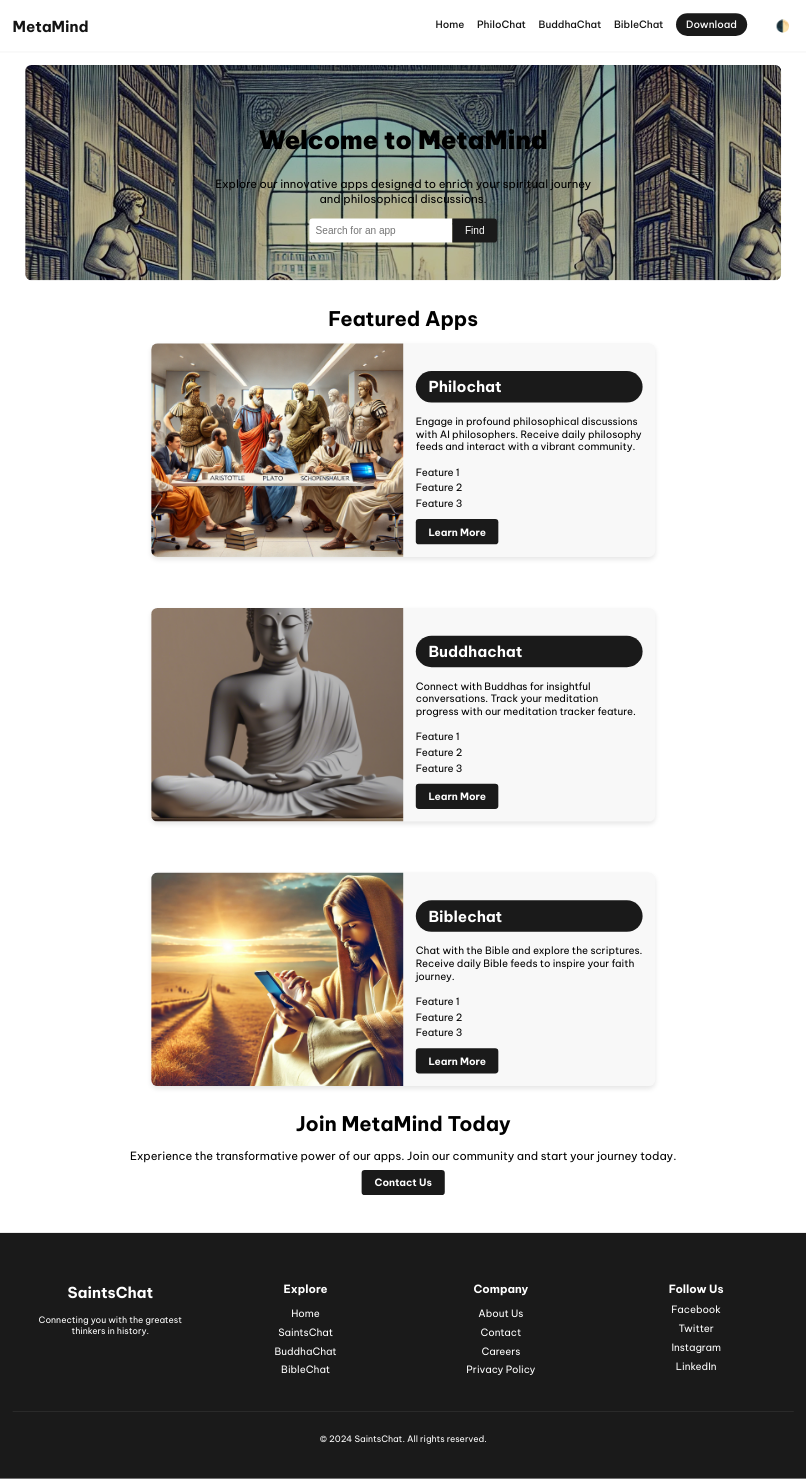
Repository: HSfac/EthosMindWeb
Page: /
The author's editor kept a copy of each file at every save. The page is drawn from the files as they stood at one save, then again after the next save.
The browser window is 1280 px wide. The pictures show the whole page, at 63% of full size.
The project was rebuilt for these pictures with package versions that can differ from the ones it lists, and the page was loaded fresh each time. Also part of the build but not shown: src/pages/SaintsChat.css, src/pages/SaintsChat.jsx, src/pages/BuddhaChat.css, src/pages/BuddhaChat.jsx, src/pages/BibleChat.css, src/pages/BibleChat.jsx, src/pages/Download.css, src/pages/Download.jsx.

Above is the page before, as saved 2024-07-21 21:34:52.

After the next save:
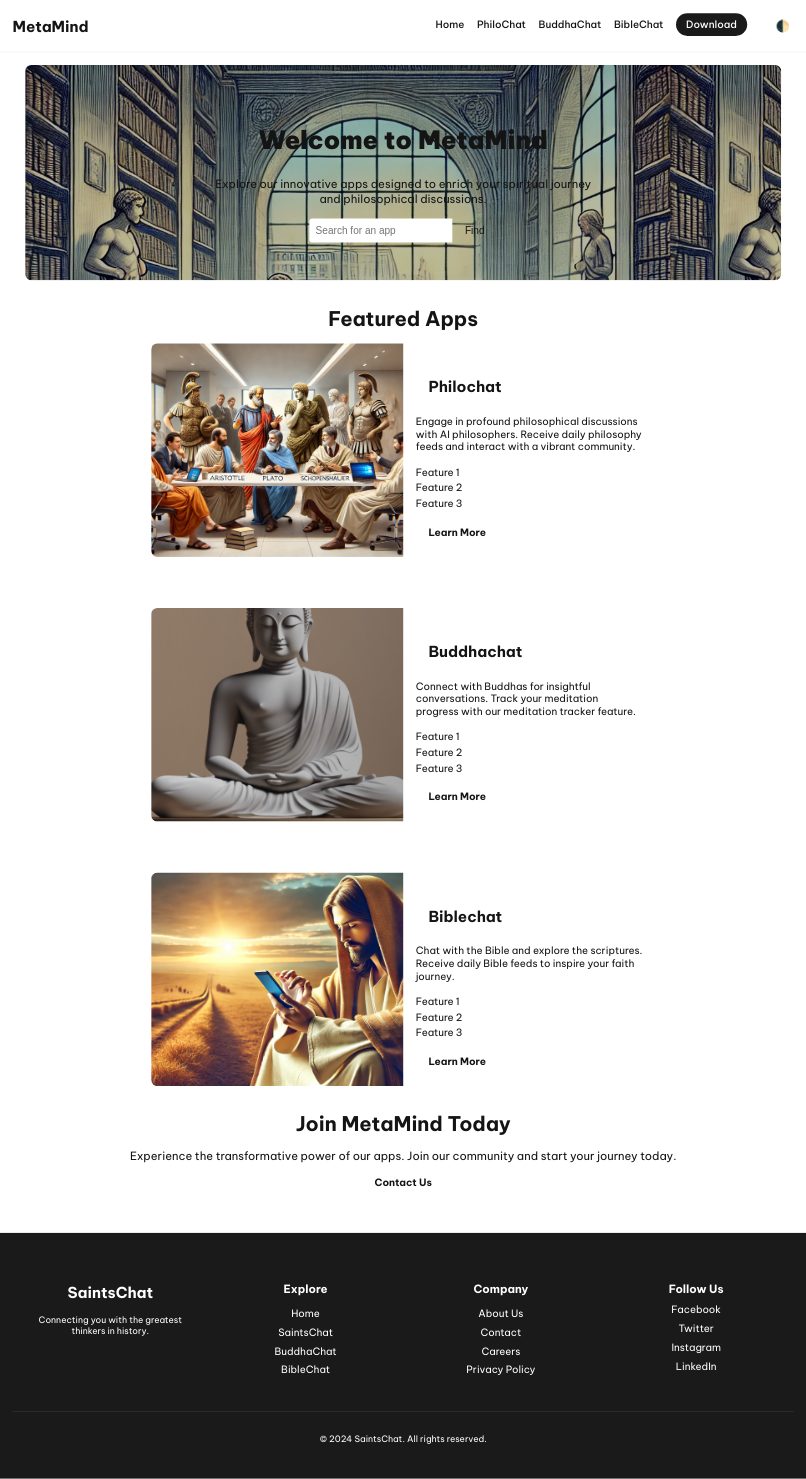
Saved 16 s later.
--- a/src/pages/Home.css
+++ b/src/pages/Home.css
@@ -1,24 +1,4 @@
-:root {
-  --home-background-color: #ffffff;
-  --home-text-color: #000000;
-  --home-button-background-color: #1a1a1a;
-  --home-button-text-color: #ffffff;
-  --home-card-background-color: #f8f8f8;
-  --home-card-shadow-color: rgba(0, 0, 0, 0.1);
-  --home-divider-color: rgba(0, 0, 0, 0.2);
-}
 
-@media (prefers-color-scheme: dark) {
-  :root {
-    --home-background-color: #181818;
-    --home-text-color: #f8f8f8;
-    --home-button-background-color: #f8f8f8;
-    --home-button-text-color: #181818;
-    --home-card-background-color: #282828;
-    --home-card-shadow-color: rgba(255, 255, 255, 0.1);
-    --home-divider-color: rgba(255, 255, 255, 0.2);
-  }
-}
 
 body {
   background-color: var(--home-background-color);

After the 2 saves that followed:
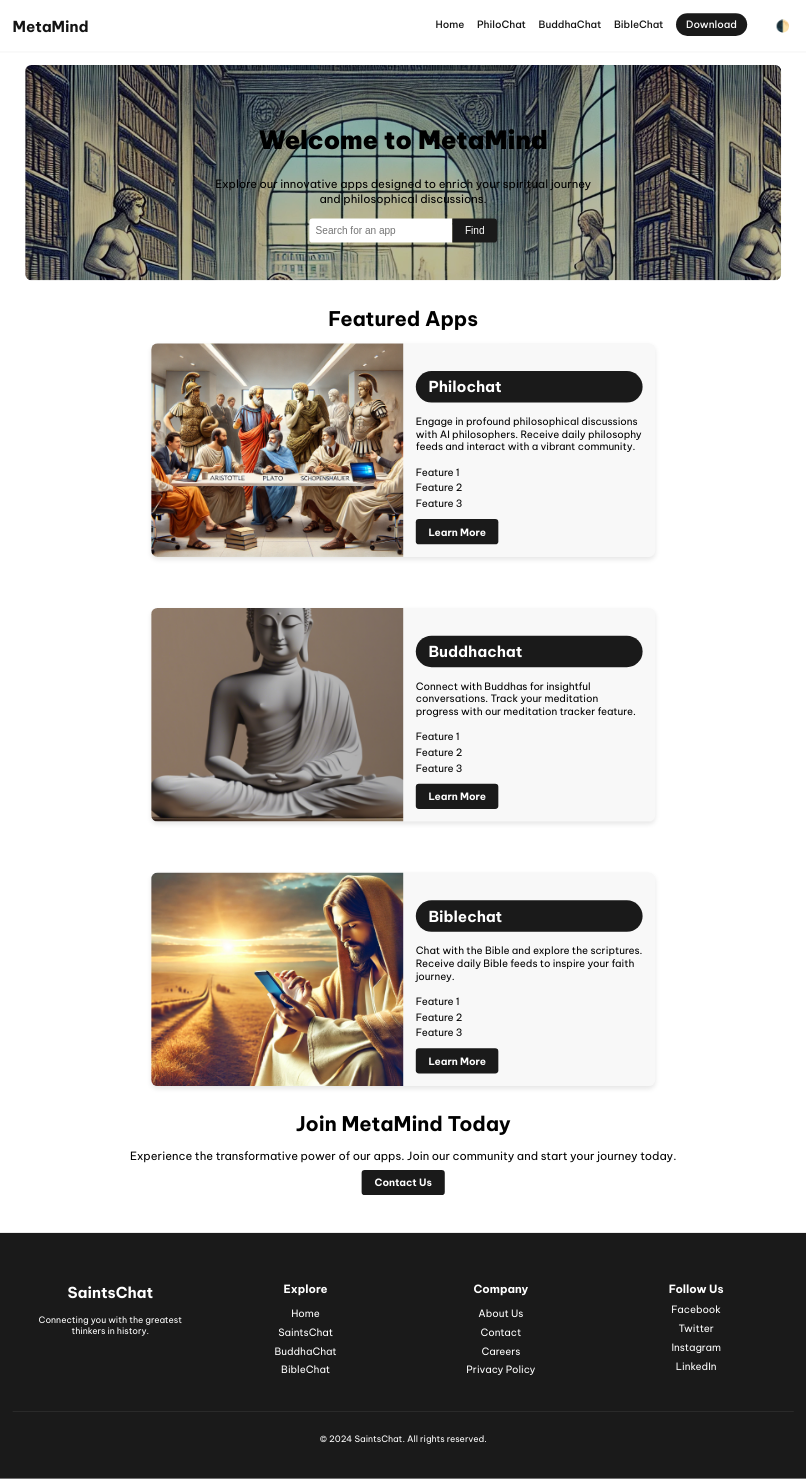
The 2 saves are shown as one change because 1 left the picture as it was.
The last was saved 67 s later.
--- a/src/pages/Home.css
+++ b/src/pages/Home.css
@@ -1,4 +1,24 @@
-
+:root {
+  --home-background-color: #ffffff;
+  --home-text-color: #000000;
+  --home-button-background-color: #1a1a1a;
+  --home-button-text-color: #ffffff;
+  --home-card-background-color: #f8f8f8;
+  --home-card-shadow-color: rgba(0, 0, 0, 0.1);
+  --home-divider-color: rgba(0, 0, 0, 0.2);
+}
+
+@media (prefers-color-scheme: dark) {
+  :root {
+    --home-background-color: #181818;
+    --home-text-color: #f8f8f8;
+    --home-button-background-color: #f8f8f8;
+    --home-button-text-color: #181818;
+    --home-card-background-color: #282828;
+    --home-card-shadow-color: rgba(255, 255, 255, 0.1);
+    --home-divider-color: rgba(255, 255, 255, 0.2);
+  }
+}
 
 body {
   background-color: var(--home-background-color);
